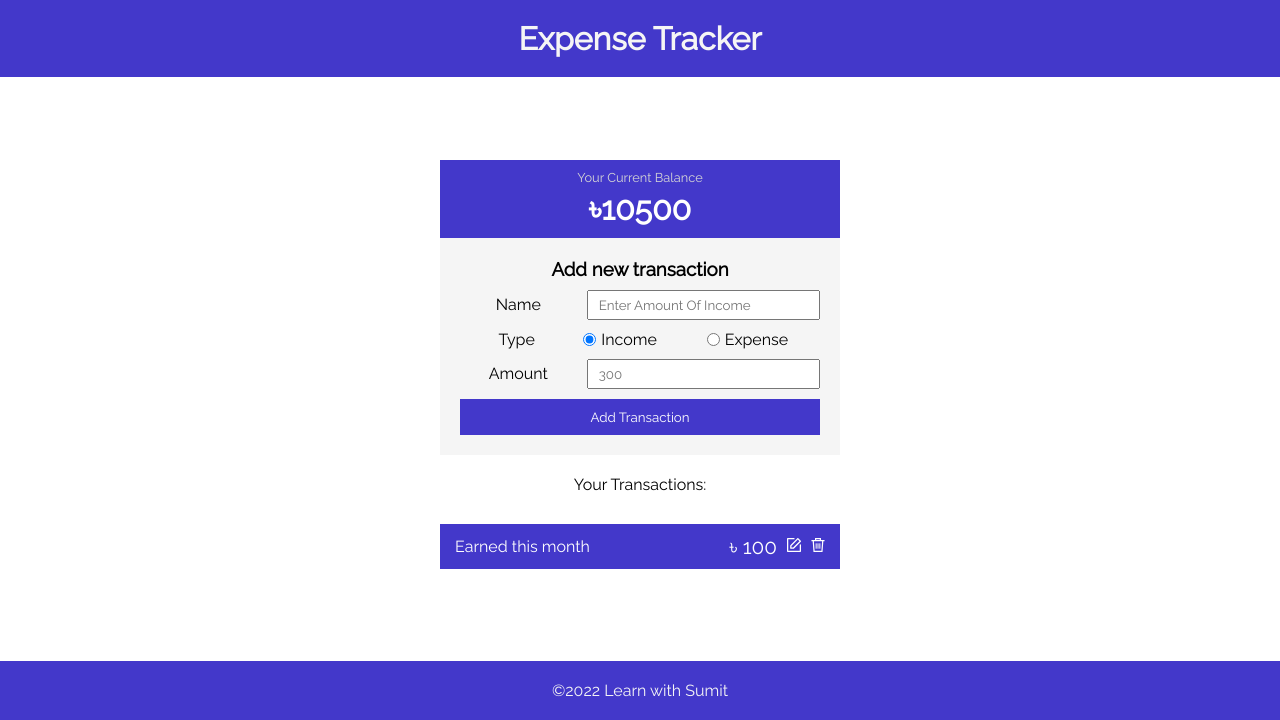
Repository: Tanvir3744/redux-expense-tracker
Page: /
The author's editor kept a copy of each file at every save. The page is drawn from the files as they stood at one save, then again after the next save.
The browser window is 1280 px wide. The pictures show the whole page.
The project was rebuilt for these pictures with package versions that can differ from the ones it lists, and the page was loaded fresh each time.

Above is the page before, as saved 2022-11-08 20:28:50.

### public/index.html
<!DOCTYPE html>
<html lang="en">
  <head>
    <meta charset="utf-8" />
    <link rel="icon" href="%PUBLIC_URL%/images/favicon.png" />
    <meta name="viewport" content="width=device-width, initial-scale=1" />
    <meta name="theme-color" content="#000000" />
    <meta
      name="description"
      content="Web site created using create-react-app"
    />
    <link rel="apple-touch-icon" href="%PUBLIC_URL%/logo192.png" />
    <!--
      manifest.json provides metadata used when your web app is installed on a
      user's mobile device or desktop. See https://developers.google.com/web/fundamentals/web-app-manifest/
    -->
    <link rel="manifest" href="%PUBLIC_URL%/manifest.json" />
    <link rel="stylesheet" href="%PUBLIC_URL%/css/style.css">

    <title>Monthly Expense Tracker</title>
  </head>
  <body>
    <noscript></noscript>
    <div id="root"></div>

  </body>
</html>

### src/app/store.js
import { configureStore } from '@reduxjs/toolkit';
import transactionReducer from '../features/moneyTransApi/transSlice'

export const store = configureStore({
  reducer: {
    counter: transactionReducer,
  },
});

### src/App.js
import React from 'react';
import './App.css';
import Balance from './components/Balance';
import Form from './components/Form';
import Transations from './components/Transations';

function App() {
  return (
    <div className="App">
      <div className="header">
        <h1>Expense Tracker</h1>
      </div>
      <div className="main">
        <div className="container">
          <Balance />
          <Form />
          <Transations />
        </div>
      </div>
      {/* footer component */}
      <div className="footer">&copy;2022 Learn with Sumit</div>
    </div>
  );
}

export default App;

### src/features/moneyTransApi/transSlice.js
import { createAsyncThunk, createSlice } from "@reduxjs/toolkit"
import { getTransactions, addTransactions, updateTransactions, deleteTransactions } from './transApi'
// initializing the state
const initialState = {
    transactions: [],
    isLoading: false,
    isError: false,
    error: '',
}

// async thunk for get request
export const fetchTransactions = createAsyncThunk('transaction/fetchTransaction', async () => {
    const transactions = await getTransactions()
    return transactions;
})

// async thunk for post data to server
export const createTransaction = createAsyncThunk('transaction/createTransaction', async (data) => {
    const transaction = await addTransactions(data);
    return transaction;
})

// async thunk for update data to server
export const updatingTransaction = createAsyncThunk('transaction/updateTransaction', async ({ id, data }) => {
    const editTransaction = await updateTransactions({ id, data })
    return editTransaction;
})

// async thunk for deleting data from the server
export const deleteTransaction = createAsyncThunk('transaction/deleteTransaction', async ({ id, data }) => {
    const delTransaction = await deleteTransaction({ id, data });
    return delTransaction;
})

const transactionSlice = createSlice({
    name: 'transaction',
    initialState,
    extraReducers: (builder) => {
        builder
            .addCase(fetchTransactions.pending, (state, action) => {
                state.isLoading = false;
                state.isError = false;
            })
            .addCase(fetchTransactions.fulfilled, (state, action) => {
                state.isLoading = false;
                state.isError = false;
                state.error = '';
                state.transactions = action.payload;
            })
            .addCase(fetchTransactions.rejected, (state, action) => {
                state.isLoading = false;
                state.error = action.error?.message;
                state.isError = true;
                state.transactions = [];
            })
            .addCase(createTransaction.pending, (state, action) => {
                state.isLoading = false;
                state.isError = false;
            })
            .addCase(createTransaction.fulfilled, (state, action) => {
                state.isLoading = false;
                state.isError = false;
                state.error = '';
                state.transactions.push(action.payload);
            })
            .addCase(createTransaction.rejected, (state, action) => {
                state.isLoading = false;
                state.error = action.error?.message;
                state.isError = true;
            })
            .addCase(updatingTransaction.pending, (state, action) => {
                state.isLoading = false;
                state.isError = false;
            })
            .addCase(updatingTransaction.fulfilled, (state, action) => {
                state.isLoading = false;
                state.isError = false;
                state.error = '';
                const indexToUpdate = state.transactions.findIndex(transaction => transaction.id === action.payload.id)
                state.transactions[indexToUpdate] = action.payload;
            })
            .addCase(updatingTransaction.rejected, (state, action) => {
                state.isLoading = false;
                state.error = action.error?.message;
                state.isError = true;
            })
            .addCase(deleteTransaction.pending, (state, action) => {
                state.isLoading = false;
                state.isError = false;
            })
            .addCase(deleteTransaction.fulfilled, (state, action) => {
                state.isLoading = false;
                state.isError = false;
                state.error = '';
                state.transactions = state.transactions.filter(transaction => transaction.id !== action.payload.id)
            })
            .addCase(deleteTransaction.rejected, (state, action) => {
                state.isLoading = false;
                state.error = action.error?.message;
                state.isError = true;
            })
    }
})

export default transactionSlice.reducer;

### src/components/Balance.js
import React from 'react'

export default function Balance() {
    return (
        <div className="top_card">
            <p>Your Current Balance</p>
            <h3>
                <span>৳</span>
                <span>10500</span>
            </h3>
        </div>
    )
}

### src/components/Form.js
import React from 'react'

export default function Form() {

    const handleFormSubmit = (e) => {
        e.preventDefault();
    }


    return (
        <div className="form">
            <h3>Add new transaction</h3>

            <form onSubmit={handleFormSubmit}>

                <div className="form-group">
                    <label>Name</label>
                    <input
                        type="text"
                        name="name"
                        placeholder="Enter Amount Of Income"
                    />
                </div>

                <div className="form-group radio">
                    <label>Type</label>
                    <div className="radio_group">
                        <input
                            type="radio"
                            value="income"
                            name="type"
                            checked
                        />
                        <label>Income</label>
                    </div>
                    <div className="radio_group">
                        <input
                            type="radio"
                            value="expense"
                            name="type"
                            placeholder="Expense"
                        />
                        <label>Expense</label>
                    </div>
                </div>

                <div className="form-group">
                    <label>Amount</label>
                    <input
                        type="number"
                        placeholder="300"
                        name="transaction_amount"
                    />
                </div>
                <button type="submit" className="btn">Add Transaction</button>
            </form>


            <button className="btn cancel_edit">Cancel Edit</button>
        </div>
    )
}

### src/components/Transations.js
import React from 'react'
import AloneTransaction from './AloneTransaction'
export default function Transations() {
    return (
        <>
            <p className="second_heading">Your Transactions:</p>

            <div className="conatiner_of_list_of_transactions">
                <ul>
                    {/* here wil be the single transactions component */}
                    <AloneTransaction />
                </ul>
            </div>
        </>
    )
}

### src/features/moneyTransApi/transApi.js
import axios from '../../utils/axios'

//write get request to get transactions from server with axios
export const getTransactions = async () => {
    const response = await axios.get('/transactions');
    return response.data;
}

/*
post request to server {note: wehenever we need to post some data to server we should pass an object along the url.
But, here we are passing the whole object through a parameter to avoid the syntactical complexity.}
*/
export const addTransactions = async(data) => {
    const response = await axios.post('/transactions', data);
    return response.data;
}


/* update request with axios to make update feature in our application */
export const updateTransactions =async (id, data) => {
    const response = await axios.put(`/transactions/${ id }`, data);
    return response.data;
}

/* delete request with axios */
export const deleteTransactions = async (id, data) => {
    const response = await axios.delete(`/transactions/${ id }`, data);
    return response.data;
}

### src/components/AloneTransaction.js
import React from 'react';
import EditImage from '../Assests/images/edit.svg';
import DeleteImage from '../Assests/images/delete.svg'
const AloneTransaction = () => {
    return (
        <li className="transaction income">
            <p>Earned this month</p>
            <div className="right">
                <p>৳ 100</p>
                <button className="link">
                    <img
                        alt='editImage'
                        className="icon"
                        src={EditImage}
                    />
                </button>
                <button className="link">
                    <img
                        alt='deleteImage'
                        className="icon"
                        src={DeleteImage}
                    />
                </button>
            </div>
        </li>
    );
};

export default AloneTransaction;

### src/utils/axios.js
import axios from 'axios'
const axiosInstance = axios.create({
    baseURL : 'http://localhost:9000/'
})

export default axiosInstance;

### public/css/style.css
@import url("https://fonts.googleapis.com/css2?family=Raleway&display=swap");

* {
    margin: 0;
    padding: 0;
    box-sizing: border-box;
    font-family: "Raleway", sans-serif;
}

.App {
    display: flex;
    flex-direction: column;
    min-height: 100vh;
}

.header,
.footer {
    padding: 20px;
    text-align: center;
    background-color: #4338ca;
    color: whitesmoke;
}

.main {
    flex-grow: 1;
    display: flex;
}

.container {
    width: 90%;
    max-width: 1024px;
    margin: 20px auto;
    display: flex;
    flex-direction: column;
    justify-content: center;
    align-items: center;
    align-self: center;
}

.top_card {
    background-color: #4338ca;
    color: white;
    padding: 10px 20px;
    min-width: 400px;
}

.top_card p {
    color: #d6d6d6;
    margin-bottom: 5px;
    font-size: 0.8rem;
}

.top_card h3 {
    font-size: 2rem;
}

.form {
    background-color: #f5f5f5;
    padding: 20px;
    width: 400px;
}

.form-group {
    display: grid;
    grid-template-columns: 1fr 2fr;
    gap: 10px;
    margin-top: 10px;
    margin-bottom: 10px;
}

.radio {
    grid-template-columns: 1fr 1fr 1fr;
}

input {
    padding: 5px 10px;
}

.btn {
    width: 100%;
    border: none;
    outline: none;
    cursor: pointer;
    padding: 10px;
    background-color: #4338ca;
    color: white;
    transition: background-color 0.3s ease;
}

.btn:hover {
    background-color: #094d3d;
}

ul {
    list-style: none;
    width: 400px;
}

label {
    display: block;
    align-self: center;
}

.radio_group {
    display: flex;
    align-items: center;
    gap: 5px;
}

.transaction {
    margin: 10px 0;
    color: white;
    padding: 10px 15px;
    display: flex;
    justify-content: space-between;
    align-items: center;
}

.income {
    background-color: #4338ca;
}

.expense {
    background-color: #e6425e;
}

.transaction .right {
    display: flex;
    justify-content: space-between;
    align-items: center;
    gap: 10px;
}

.link {
    background: none;
    color: white;
    cursor: pointer;
    outline: none;
    border: none;
    transition: color 0.3s ease;
}

.link:hover {
    color: #d1f3ff;
}

.icon {
    width: 14px;
    height: 14px;
}

.right {
    display: inline-flex;
    gap: 10;
}

.right p {
    font-size: 1.3rem;
}

.red {
    background-color: #e6425e !important;
}

.cancel_edit {
    display: none;
    margin-top: 10px;
    background-color: #e6425e !important;
}

.cancel_edit:hover {
    background-color: #9e1028 !important;
}

.second_heading {
    margin: 20px 0;
    text-align: left;
}

.conatiner_of_list_of_transactions ul {
    max-height: 500px;
    overflow-y: auto;
}

@media (max-width: 450px) {
    .top_card,
    .form {
        min-width: 90%;
        width: 90%;
    }

    .form-group {
        display: flex;
        flex-direction: column;
        justify-content: left;
        align-items: stretch;
    }

    label {
        align-self: flex-start;
        margin-bottom: 5px;
    }

    .conatiner_of_list_of_transactions {
        width: 90vw;
    }

    ul {
        width: 90vw;
        max-height: 100px;
        overflow-y: auto;
    }

    .transaction {
        width: 90%;
        margin: 10px auto;
    }

    * {
        font-size: 95% !important;
    }
}

Loaded but not shown: src/index.js (common file); src/reportWebVitals.js (common file); src/index.css (common file); src/App.css (common file)

After the next save:
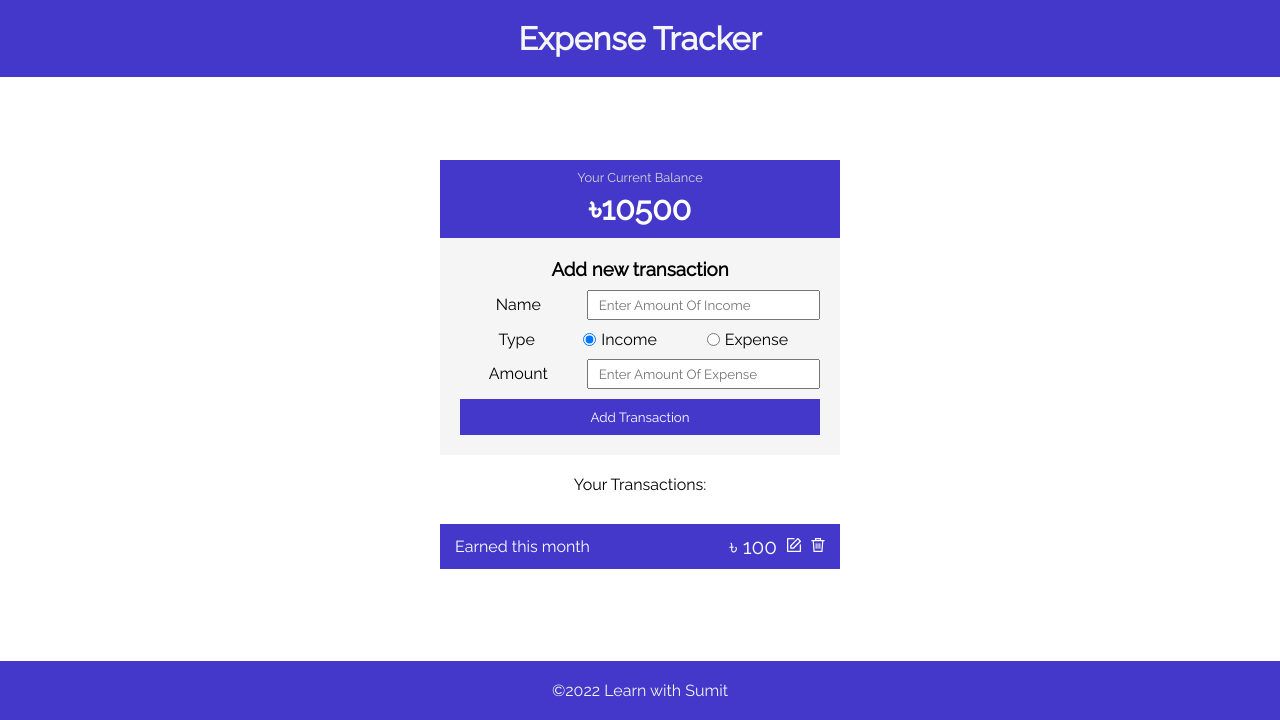
Saved 19 s later.
--- a/src/components/Form.js
+++ b/src/components/Form.js
@@ -48,7 +48,7 @@ export default function Form() {
                     <label>Amount</label>
                     <input
                         type="number"
-                        placeholder="300"
+                        placeholder="Enter Amount Of Expense"
                         name="transaction_amount"
                     />
                 </div>
